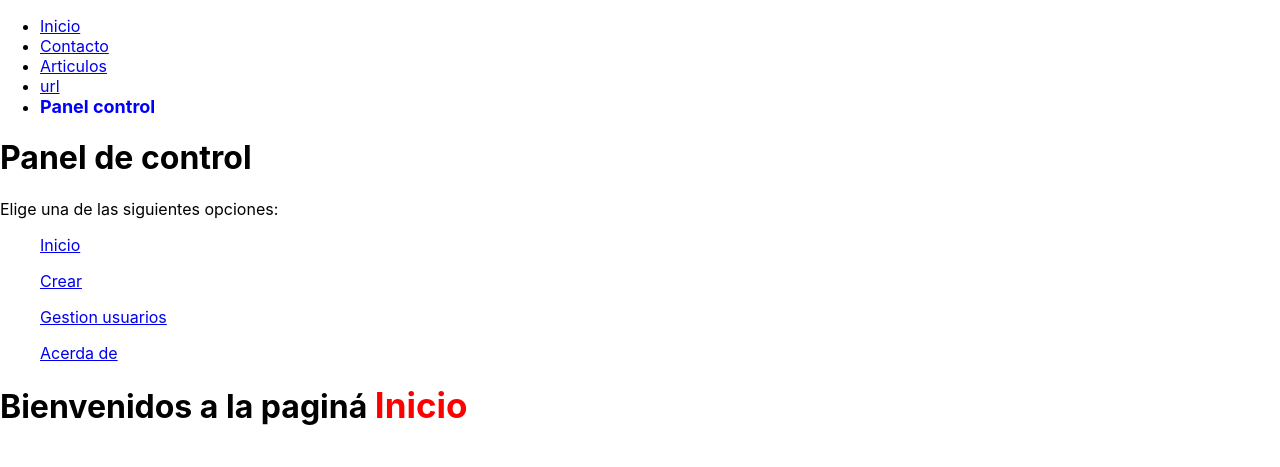
Repository: DamianBermudez94/react-router
Page: /panel/inicio
The author's editor kept a copy of each file at every save. The page is drawn from the files as they stood at one save, then again after the next save.
The browser window is 1280 px wide. The pictures show the whole page.
The project was rebuilt for these pictures with package versions that can differ from the ones it lists, and the page was loaded fresh each time. Also part of the build but not shown: src/components/Inicio.js, src/components/Articulos.js, src/components/Contacto.js, src/components/Error.js, src/components/ParametrosRutas.js, src/components/panel/Acerda.js, src/components/panel/Gestion.js, src/components/panel/Crear.js.

Above is the page before, as saved 2023-05-01 10:57:10.

### src/App.js

import './App.css';
import { RouterPrincipal } from './routers/RouterPrincipal';

function App() {
  return (
    <RouterPrincipal/>
  );
}

export default App;

### src/App.css
.App {
  text-align: center;
}

.App-logo {
  height: 40vmin;
  pointer-events: none;
}

@media (prefers-reduced-motion: no-preference) {
  .App-logo {
    animation: App-logo-spin infinite 20s linear;
  }
}

.App-header {
  background-color: #282c34;
  min-height: 100vh;
  display: flex;
  flex-direction: column;
  align-items: center;
  justify-content: center;
  font-size: calc(10px + 2vmin);
  color: white;
}
.title-panel_inicio{
  font-size: 35px;
  color: red;
}
.App-link {
  color: #61dafb;
}
.activado{
  font-size: 18px;
  text-decoration: none;
  color: blue;
  font-weight: bold;


}
@keyframes App-logo-spin {
  from {
    transform: rotate(0deg);
  }
  to {
    transform: rotate(360deg);
  }
}

### src/routers/RouterPrincipal.js
import React from 'react'
import { Routes, Route, NavLink, BrowserRouter, Navigate} from "react-router-dom";
import { Inicio } from '../components/Inicio'
import { Articulos } from '../components/Articulos';
import { Contacto } from '../components/Contacto';
import { Error } from '../components/Error'
import { ParametrosRutas } from '../components/ParametrosRutas';
import { PanelControl } from '../components/PanelControl';
import { Acerda } from '../components/panel/Acerda';
import { InicioPanel } from '../components/panel/Inicio';
import { Gestion } from '../components/panel/Gestion';
import { Crear } from '../components/panel/Crear';
export const RouterPrincipal = () => {
  return (
    <div>
        <BrowserRouter>
            <nav>
                <ul>
                  <li>
                      <NavLink to="/inicio" className={({isActive}) => isActive ?   "activado" : "" }>
                      Inicio
                      </NavLink></li>
                  <li>
                      <NavLink to="/contacto"  className={({isActive}) =>       isActive ? "activado" : "" }>
                      Contacto
                      </NavLink>
                    </li>
                  <li>
                      <NavLink to="/articulos"  className={({isActive}) => isActive ? "activado" : "" }>
                      Articulos
                      </NavLink>
                    </li>
                    <li>
                      <NavLink to="/persona"  className={({isActive}) => isActive ? "activado" : "" }>
                      url
                      </NavLink>
                    </li>

                    <li>
                      <NavLink to="/panel"  className={({isActive}) => isActive ? "activado" : "" }>
                      Panel control
                      </NavLink>
                    </li>
                </ul>
            </nav>
            <Routes>
                <Route path='/' element={<Inicio/>}/>
                <Route path='/inicio' element={<Inicio/>}/>
                <Route path='/contacto' element={<Contacto/>}/>
                <Route path='/articulos' element={<Articulos />}/>
                <Route path='/persona/:nombre/:apellido' element={<ParametrosRutas/>}/>
                <Route path='/persona/:nombre' element={<ParametrosRutas/>}/>
                <Route path='/persona' element={<ParametrosRutas/>}/>
                <Route path='/redirigir' element={<Navigate to="/persona/damian/bermudez"/>}/>
                <Route path='*' element={<Error/>}/>
                <Route path='/panel/*' element={<PanelControl/>}>
                    <Route index element={<InicioPanel/>}/>
                    <Route path='inicio' element={<InicioPanel/>}/>
                    <Route path='crear' element={<Crear/>}/>
                    <Route path='gestio-usuarios' element={<Gestion/>}/>
                    <Route path='acerda-de' element={<Acerda/>}/>
                </Route>
            </Routes>

        </BrowserRouter>

    </div>
  )
}

### src/components/PanelControl.js
import React from 'react'
import { NavLink, Outlet } from 'react-router-dom'

export const PanelControl = () => {
  return (
    <div>
        <h1>Panel de control</h1>
        <span>Elige una de las siguientes opciones:</span>
        <nav>
            <ul>
                <NavLink to="/panel/inicio">Inicio</NavLink>
            </ul>
            <ul>
                <NavLink to="/panel/crear">Crear</NavLink>
            </ul>
            <ul>
                <NavLink to="/panel/gestion-usuarios">Gestion usuarios</NavLink>
            </ul>
            <ul>
                <NavLink to="/panel/acerda-de">Acerda de</NavLink>
            </ul>
        </nav>
        <div>
            {/*Contenedor donde se van a mostar las sub rutas*/}
            <Outlet/>
        </div>
    </div>
  )
}

### src/components/panel/Inicio.js
import React from 'react'

export const InicioPanel = () => {
  return (
    <div>
       <h1>Bienvenidos a la paginá <span className='title-panel_inicio'>Inicio</span></h1>
    </div>
  )
}

Loaded but not shown: public/index.html (common file); src/index.js (common file); src/index.css (common file)

After the next save:
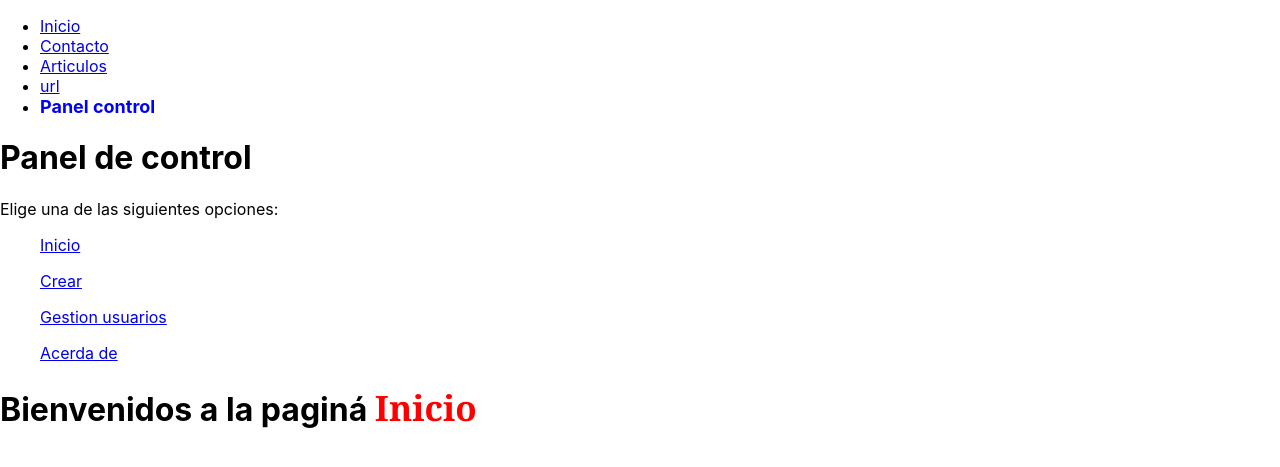
Saved 10 s later.
--- a/src/App.css
+++ b/src/App.css
@@ -26,6 +26,7 @@
 .title-panel_inicio{
   font-size: 35px;
   color: red;
+  font-family: Georgia, 'Times New Roman', Times, serif;
 }
 .App-link {
   color: #61dafb;

After the 2 saves that followed:
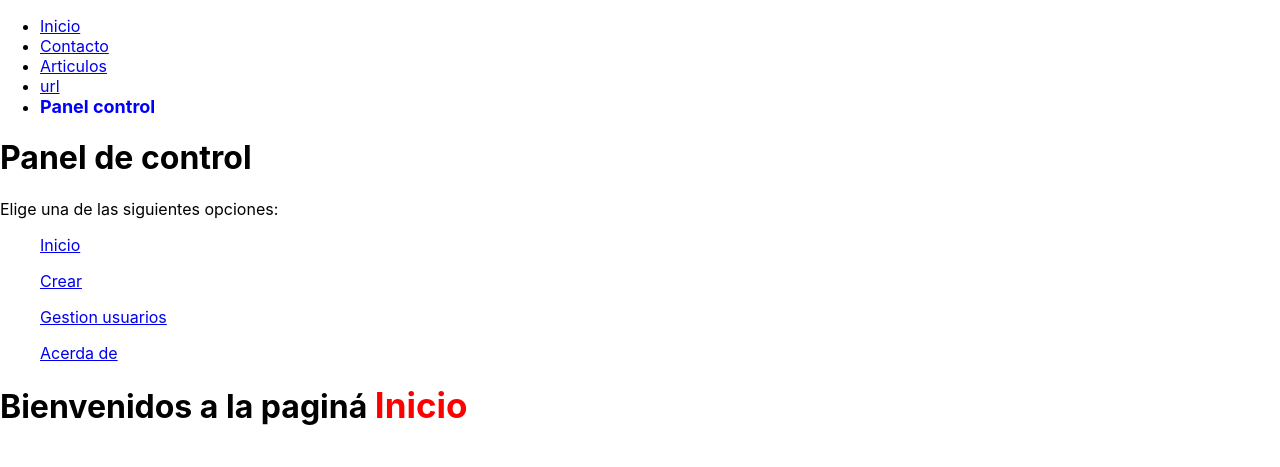
The 2 saves are shown as one change because 1 left the picture as it was.
The last was saved 16 s later.
--- a/src/App.css
+++ b/src/App.css
@@ -26,7 +26,8 @@
 .title-panel_inicio{
   font-size: 35px;
   color: red;
-  font-family: Georgia, 'Times New Roman', Times, serif;
+
+  font-weight: bold;
 }
 .App-link {
   color: #61dafb;
